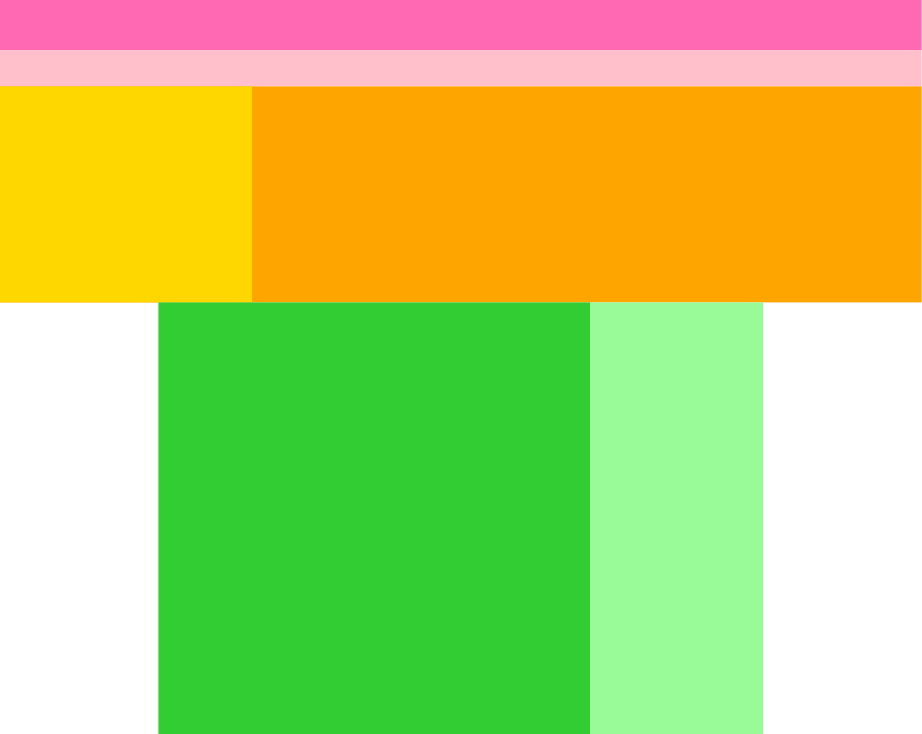
Repository: YabuYoshi/Bookers1
Page: carvan/index.html
The author's editor kept a record of every edit. The page is drawn from the files as they stood at one moment, then again after the next edit.
The browser window is 1280 px wide. The pictures show the whole page, at 72% of full size.

Above is the page before.

After the next edit:
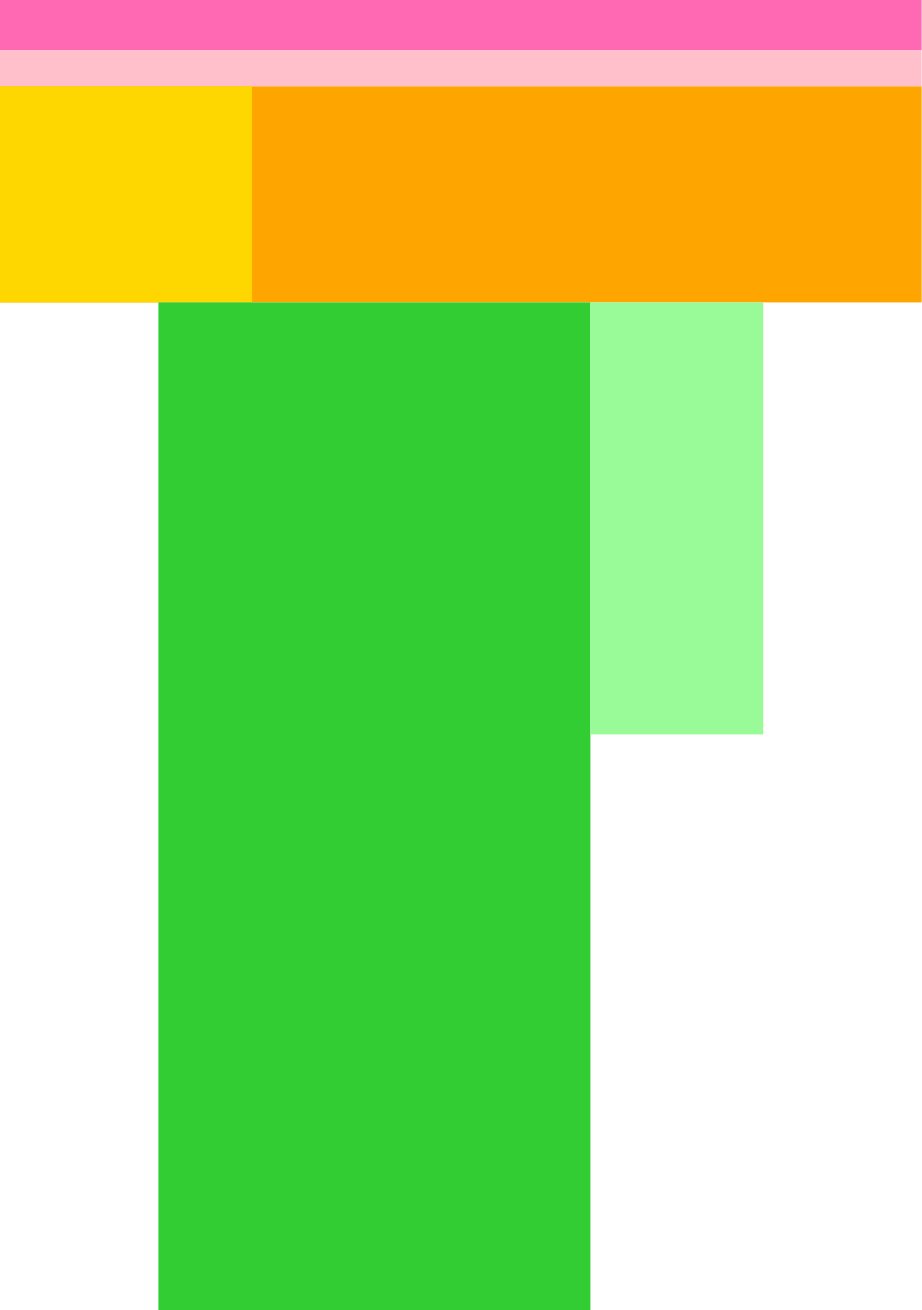
The edit:
--- a/carvan/style.css
+++ b/carvan/style.css
@@ -43,7 +43,7 @@
 
 .blog {
   width: 600px; /* 横幅600px */
-  height: 600px; /* 高さ600px */
+  height: 1400px; /* 高さ600px */
   background-color: limegreen; /* 背景色limegreen */
 }
 
